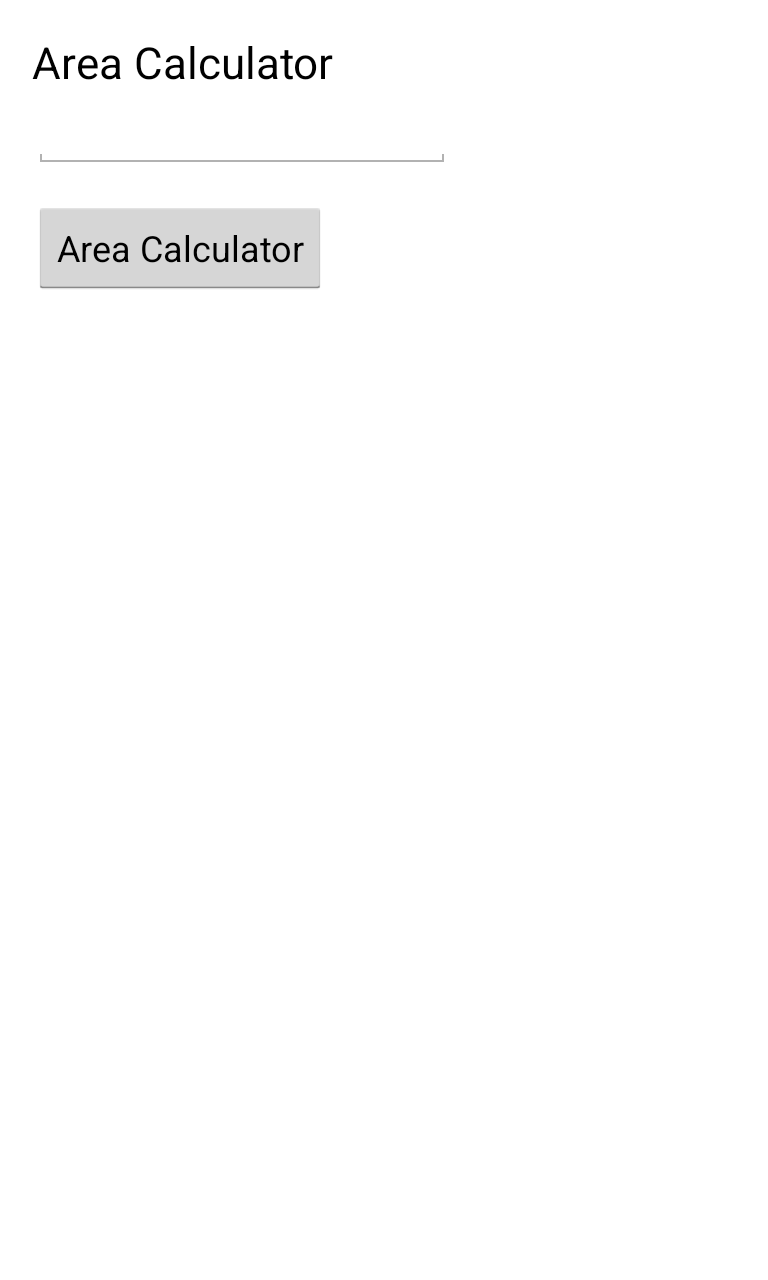
Repository: wedini/Android
Layout: workspace/Calculator/res/layout/activity_main.xml
These files come from the project's save history. The layout is drawn as it stood at one moment and after the next save; the edit follows.
It is drawn on a 768 x 1280 px phone screen (xhdpi) without system bars, with theme AppTheme; the app's code is not run.

Above is the layout before, as saved 2013-03-25 21:16:05.

After the next save:
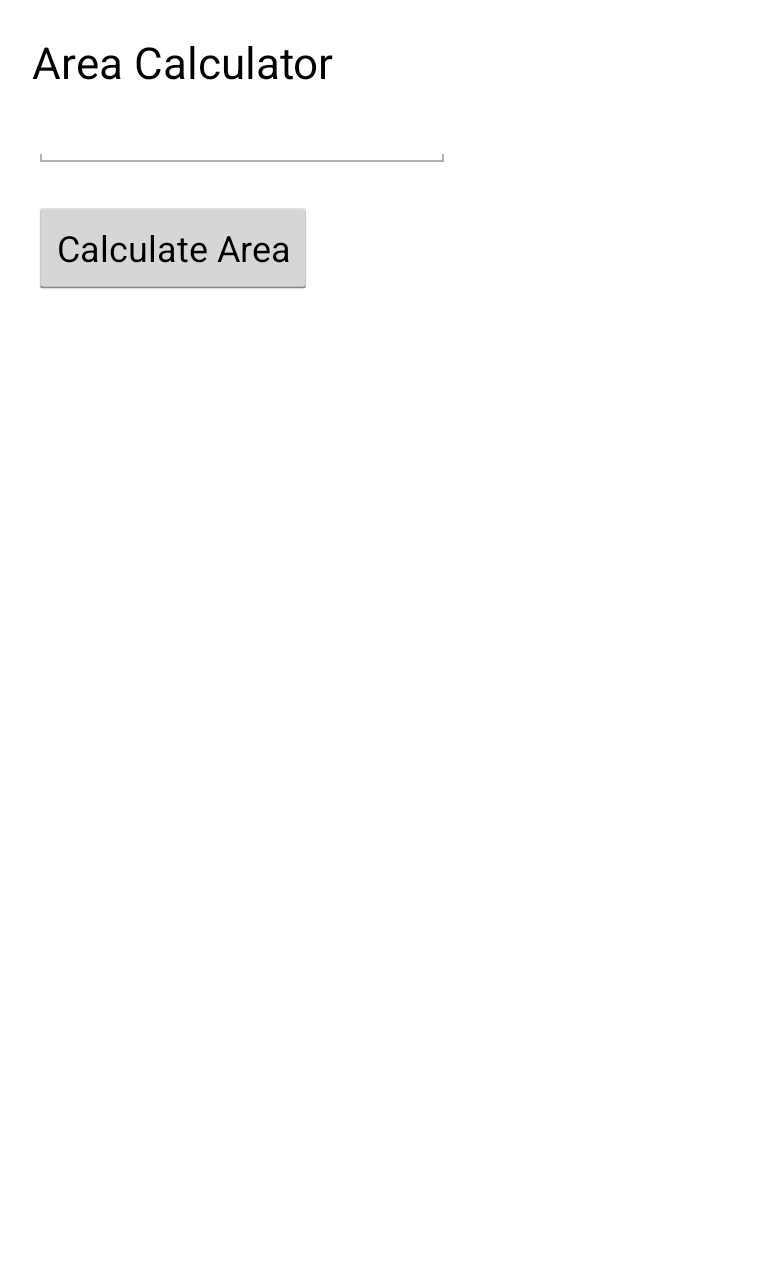
Saved 10 min 50 s later.
--- a/workspace/Calculator/res/layout/activity_main.xml
+++ b/workspace/Calculator/res/layout/activity_main.xml
@@ -33,6 +33,6 @@
         android:layout_alignLeft="@+id/editText1"
         android:layout_below="@+id/editText1"
         android:layout_marginTop="15dp"
-        android:text="Area Calculator" />
+        android:text="Calculate Area" />
 
 </RelativeLayout>
